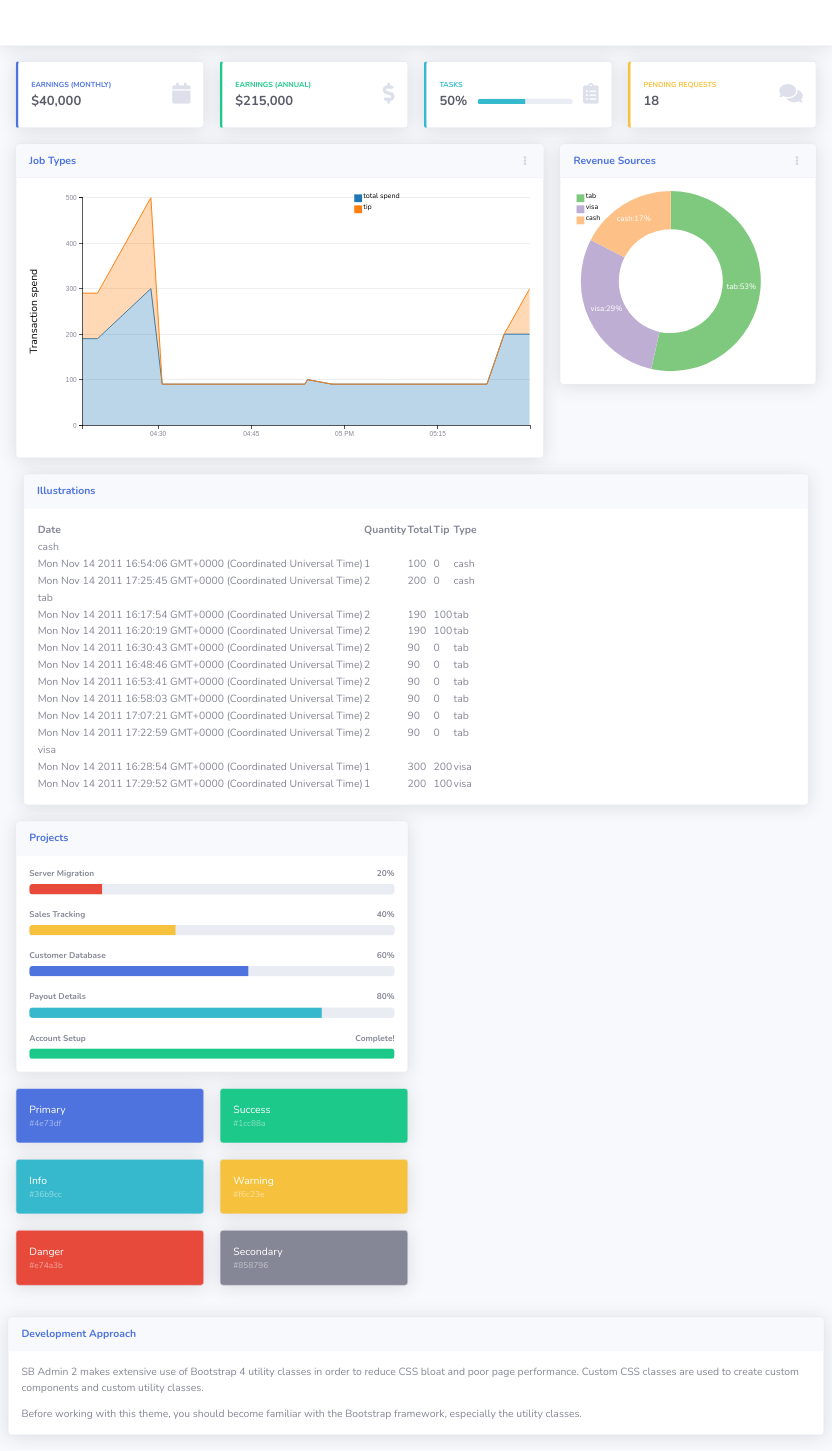
Repository: fLavery/NodeDashboard
Page: index.html
The author's editor kept a record of every edit. The page is drawn from the files as they stood at one moment, then again after the next edit.
The browser window is 1280 px wide. The pictures show the whole page, at 65% of full size.

Above is the page before.
Console error: TypeError: Cannot read properties of null (reading 'length')

After the next edit:
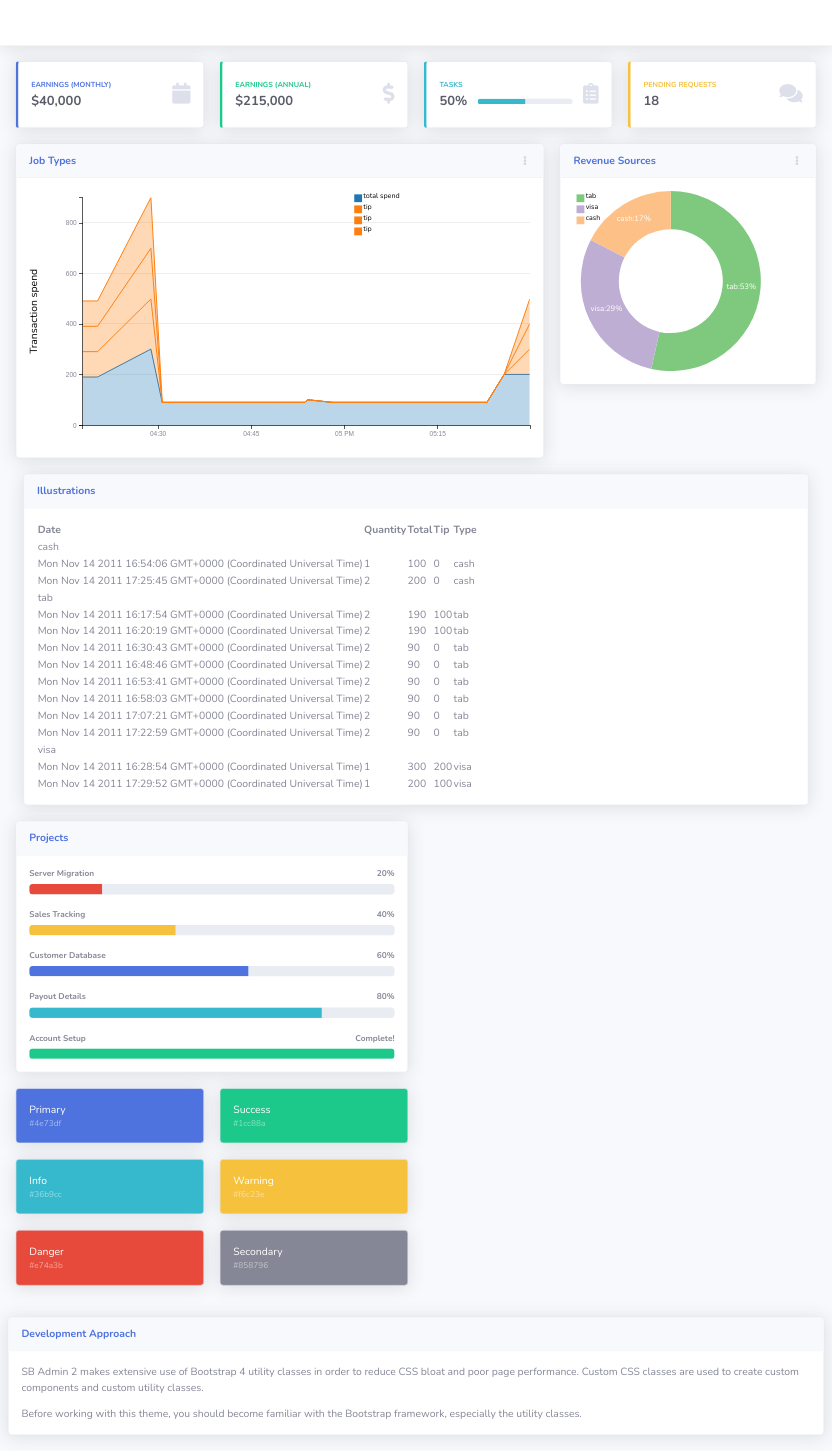
The edit:
--- a/index.html
+++ b/index.html
@@ -238,6 +238,8 @@
                       .margins({ top: 10, bottom: 30, right: 10, left: 70 })
                       .dimension(dateDimension)
                       .group(dateGroup, "total spend")
+                      .stack(dateGroupTip, "tip")
+                      .stack(dateGroupTip, "tip")
                       .stack(dateGroupTip, "tip")
                       .yAxisLabel("Transaction spend")
                       .renderHorizontalGridLines(true)
